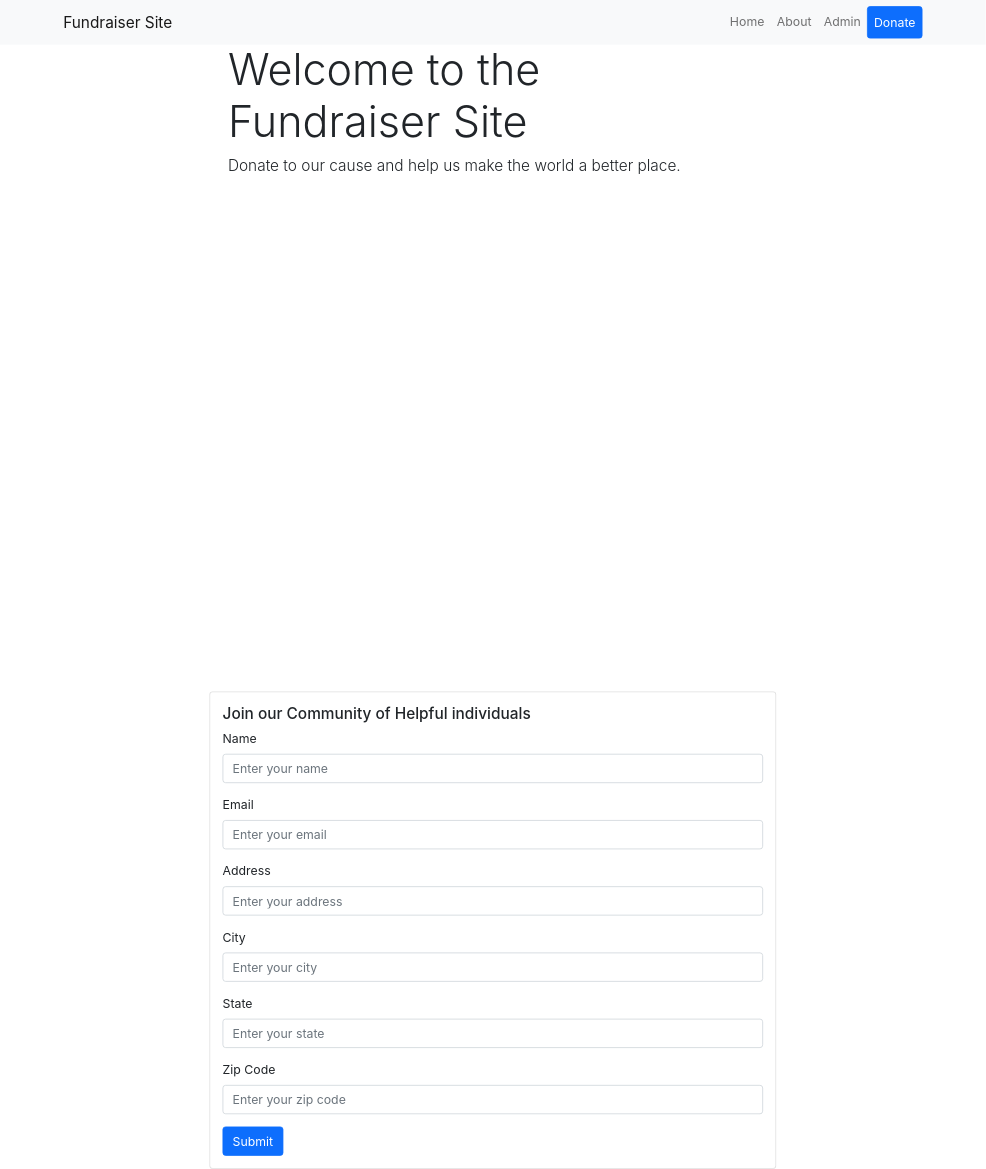
Repository: DragonFruit8/Fundraiser-Page
Page: /
An editor plug-in stored every save of this project. The page is shown before and after the next save, followed by the edit.
The browser window is 1280 px wide. The pictures show the whole page, at 77% of full size.
The project was rebuilt for these pictures with package versions that can differ from the ones it lists, and the page was loaded fresh each time. Also part of the build but not shown: src/pages/About.js, src/pages/Donate.js, src/pages/Admin.js.

Above is the page before, as saved 2024-07-19 12:43:22.

After the next save:
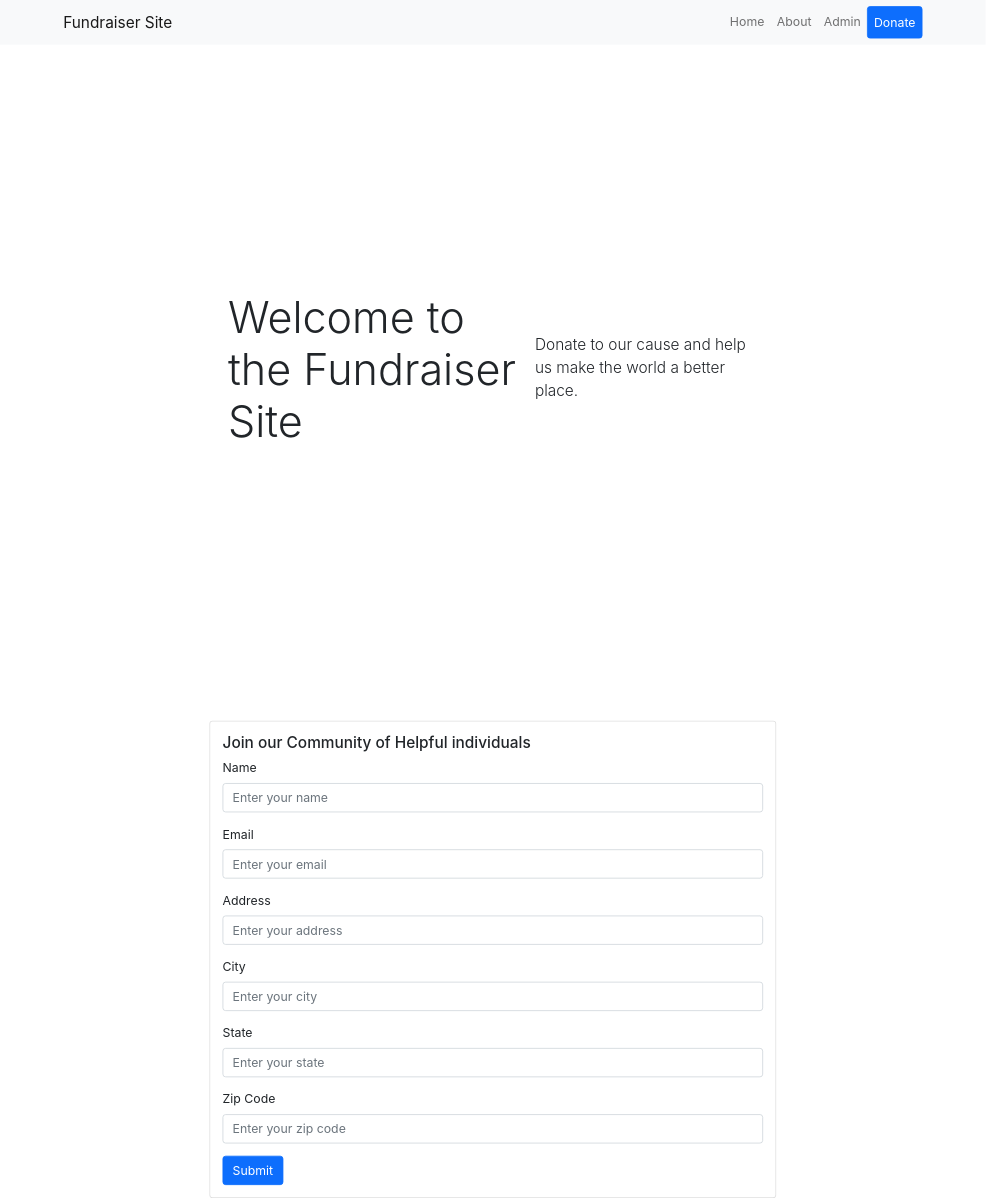
Saved 8 s later.
--- a/src/pages/Home.js
+++ b/src/pages/Home.js
@@ -34,7 +34,7 @@ const Home = () => {
         <section className="container">
             <div className="row justify-content-center">
                 <div className="col-md-8">
-                    <div className="container h-100 justify-content-center align-items-center">
+                    <div className="d-flex container h-100 justify-content-center align-items-center">
                         <h1 className="display-4">Welcome to the Fundraiser Site</h1>
                         <p className="lead">Donate to our cause and help us make the world a better place.</p>
                     </div>
